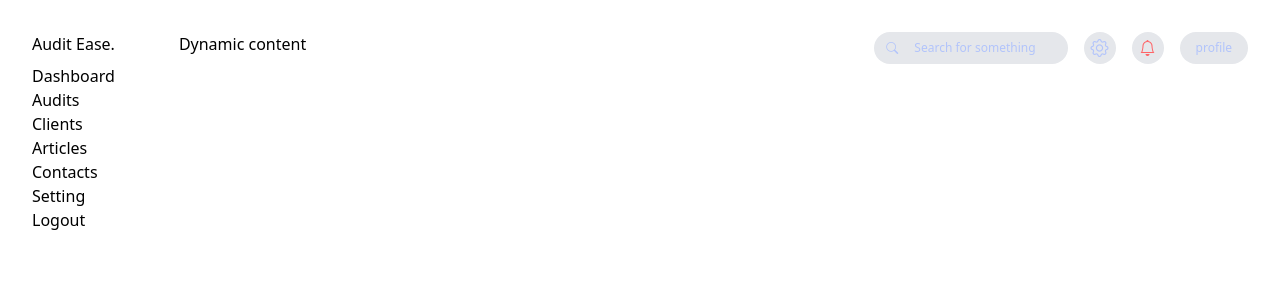
Repository: EclipticCode/Audit-Ease-FE
Page: /
These files come from the project's save history. The page is drawn as it stood at one moment and after the next save; the edit follows.
The browser window is 1280 px wide. The pictures show the whole page.
Some web libraries are served in a nearby version. The project was rebuilt for these pictures with package versions that can differ from the ones it lists, and the page was loaded fresh each time. Also part of the build but not shown: vite.config.js, Login.jsx, src/Navbar.jsx.

Above is the page before, as saved 2025-03-27 21:20:30.

After the next save:
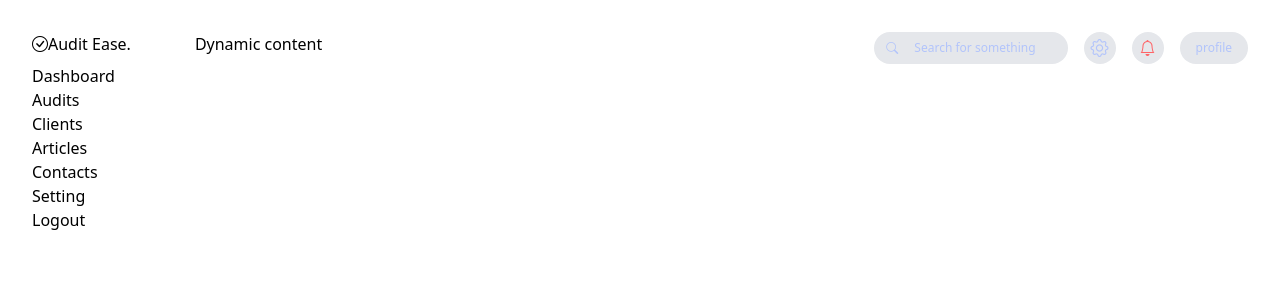
Saved 3 min 10 s later.
--- a/src/NavandSideBar.jsx
+++ b/src/NavandSideBar.jsx
@@ -5,6 +5,7 @@ const NavandSideBar = () => {
     <div className='m-8'>
         <div className='flex flex-row justify-between'>
             <div className='flex'>
+            <span><i className="bi bi-check-circle"></i></span>
             <div>Audit Ease.</div>
             <div className='ml-16'>Dynamic content</div>
             </div>
